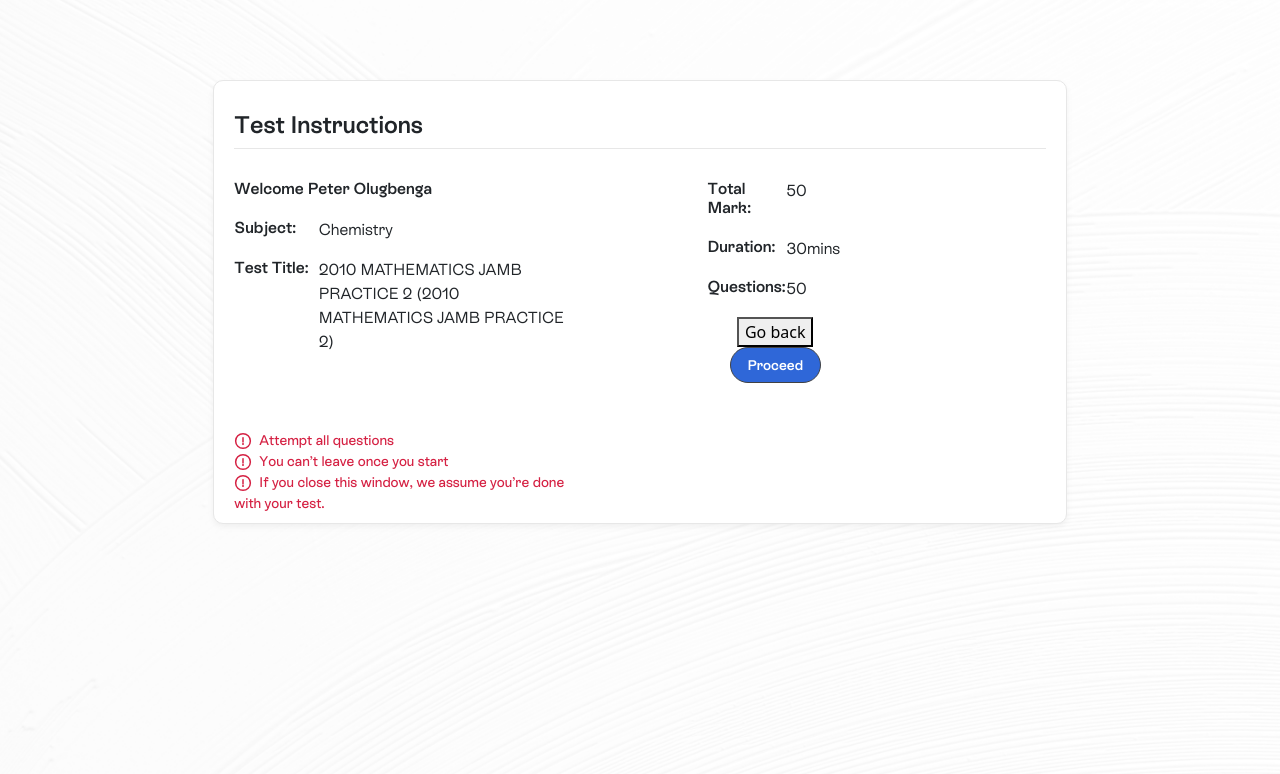
Repository: sarahnnanyelugo/educare-cbt
Page: /test-instructions
The author's editor kept a copy of each file at every save. The page is drawn from the files as they stood at one save, then again after the next save.
The browser window is 1280 px wide. The pictures show the whole page.
The project was rebuilt for these pictures with package versions that can differ from the ones it lists, and the page was loaded fresh each time. Also part of the build but not shown: src/components/Form/Form.js, src/pages/AuthenticationPage/auth.scss, src/pages/AuthenticationPage/AuthenticationPage.js, src/components/Exams/exams.scss, src/components/TestModal/test-modal.scss, src/components/TestModal/TestModal.js, src/components/Exams/Exams.js, src/TestData/examsData.js and 3 more. Imported but missing from the stored project, and not drawn on this page: src/components/Form/Password, src/components/GoogleButton/GoogleButton.

Above is the page before, as saved 2023-11-05 03:40:19.

After the next save:
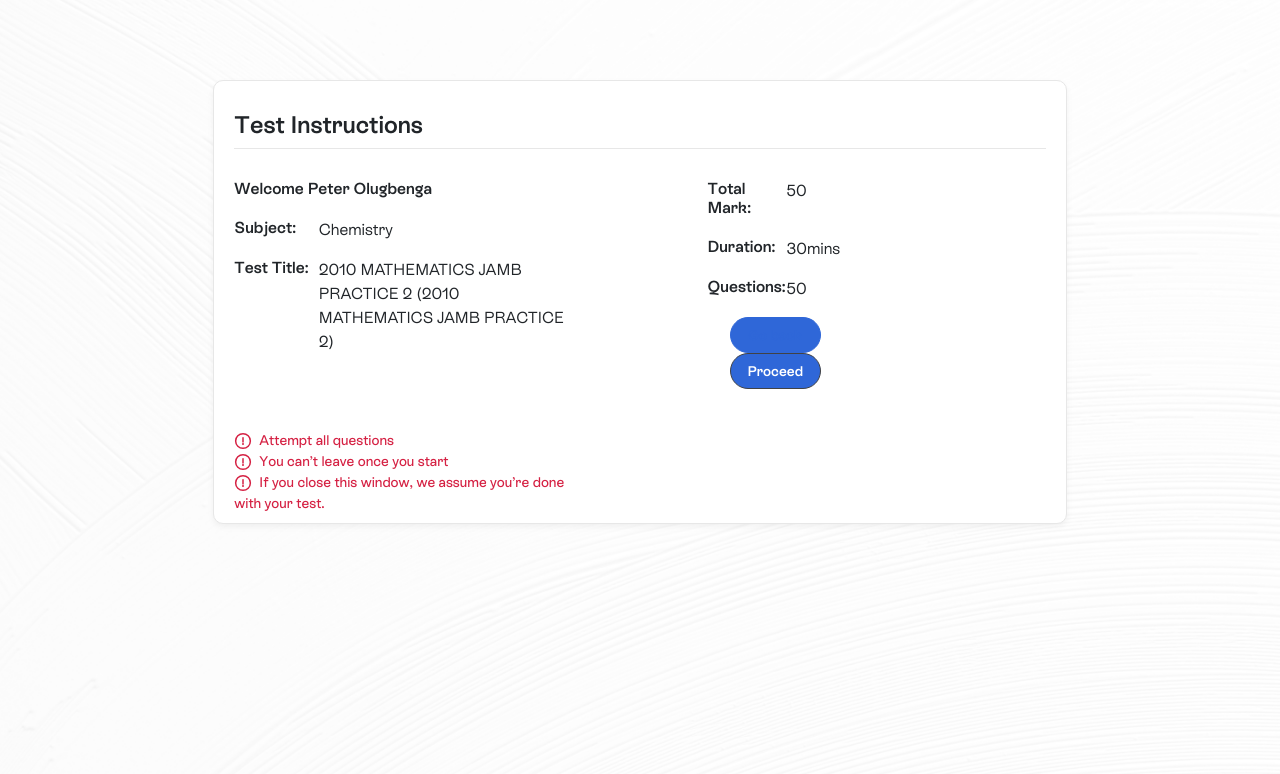
Saved 103 s later.
--- a/src/pages/TestInstructions/test-instructions.scss
+++ b/src/pages/TestInstructions/test-instructions.scss
@@ -30,6 +30,12 @@
       .proceed-btn {
         @include main-btn;
       }
+      .back-btn {
+        @include main-btn;
+        border: 1px solid #2f67d8;
+        color: #2f67d8;
+        background: #fff;
+      }
     }
     ul {
       margin-top: 60px;
